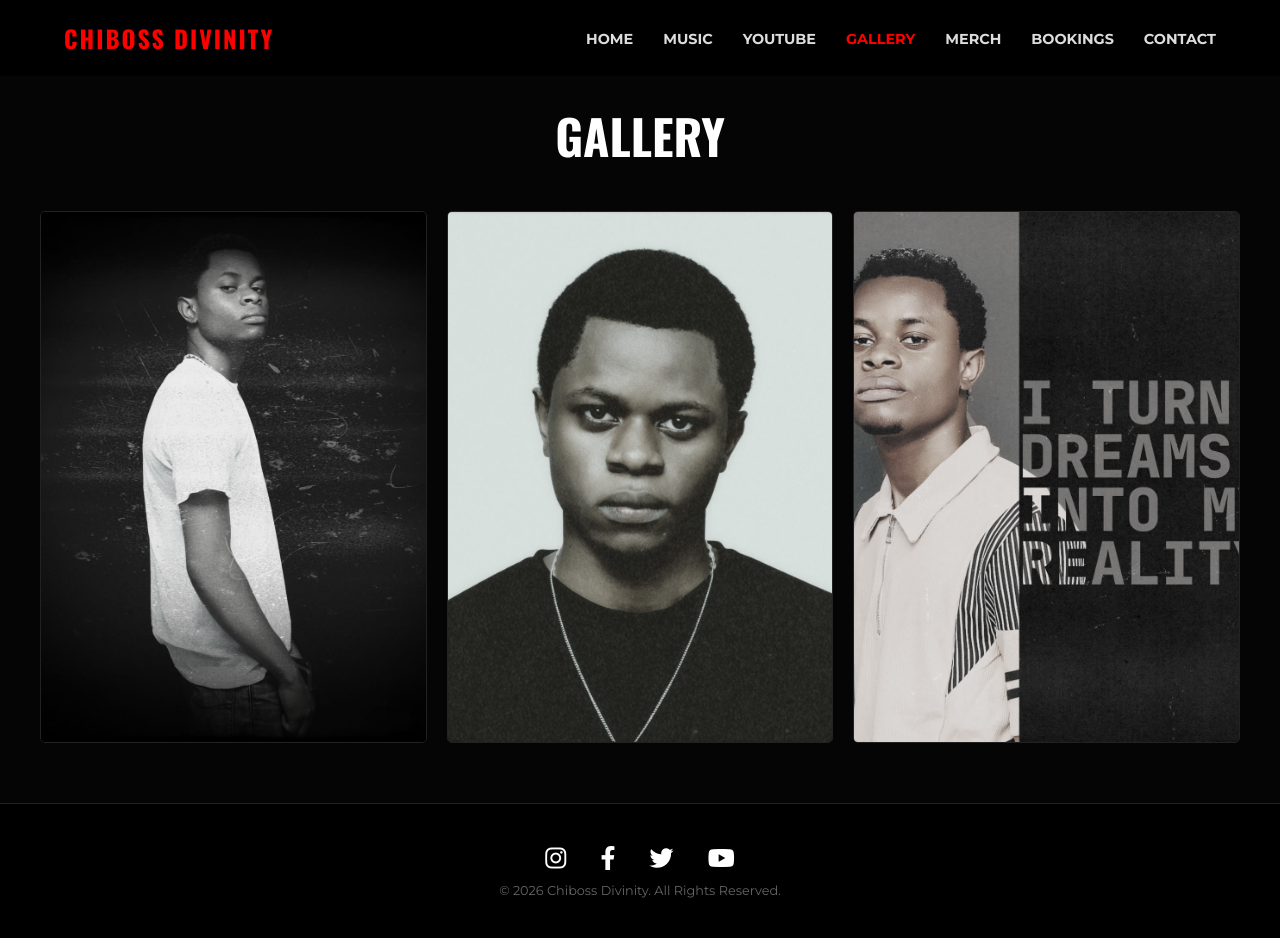
Repository: Ikebobo11/Chiboss-Divinity
Page: gallery.html
These files come from the project's save history. The page is drawn as it stood at one moment and after the next save; the edit follows.
The browser window is 1280 px wide. The pictures show the whole page.

Above is the page before, as saved 2026-01-10 09:16:40.

### gallery.html
<!DOCTYPE html>
<html lang="en">
<head>
    <meta charset="UTF-8">
    <meta name="viewport" content="width=device-width, initial-scale=1.0">
    <title>Gallery | Chiboss Divinity</title>
    <link rel="preconnect" href="https://fonts.googleapis.com">
    <link rel="preconnect" href="https://fonts.gstatic.com" crossorigin>
    <link href="https://fonts.googleapis.com/css2?family=Montserrat:wght@400;700&family=Oswald:wght@500;700&display=swap" rel="stylesheet">
    <link rel="stylesheet" href="https://cdnjs.cloudflare.com/ajax/libs/font-awesome/6.4.0/css/all.min.css">
    <link rel="stylesheet" href="gallery.css">
</head>
<body>
    <nav class="navbar">
        <div class="logo">CHIBOSS DIVINITY</div>
        <ul class="nav-links">
            <li><a href="index.html">Home</a></li>
            <li><a href="music.html">Music</a></li>
            <li><a href="youtube.html">YouTube</a></li>
            <li><a href="gallery.html" class="active">Gallery</a></li>
            <li><a href="merch.html">Merch</a></li>
            <li><a href="bookings.html">Bookings</a></li>
            <li><a href="contact.html">Contact</a></li>
        </ul>
        <div class="hamburger">
            <i class="fas fa-bars"></i>
        </div>
    </nav>

    <div class="mobile-menu">
        <span class="close-menu">&times;</span>
        <a href="index.html">Home</a>
        <a href="music.html">Music</a>
        <a href="youtube.html">YouTube</a>
        <a href="gallery.html">Gallery</a>
        <a href="merch.html">Merch</a>
        <a href="bookings.html">Bookings</a>
        <a href="contact.html">Contact</a>
    </div>

    <div class="container main-content">
        <h1 class="page-title">Gallery</h1>
        <div class="gallery-grid">
            <div class="gallery-item">
                <img src="./WhatsApp Image 2026-01-05 at 19.40.03.jpeg" alt="Chiboss Divinity Performance">
            </div>
            <div class="gallery-item">
                <img src="./WhatsApp Image 2026-01-05 at 19.40.02 (1).jpeg" alt="Chiboss Divinity Studio">
            </div>
            <div class="gallery-item">
                <img src="./WhatsApp Image 2026-01-05 at 19.40.03 (1).jpeg" alt="Chiboss Divinity Portrait">
            </div>
        </div>
    </div>

    <footer>
        <div class="social-icons">
            <a href="https://www.instagram.com/chibossdivinity?igsh=MTFiZmV3cW4wOTFmcQ=="><i class="fab fa-instagram"></i></a>
            <a href="https://www.facebook.com/Chibossdivinity"><i class="fab fa-facebook-f"></i></a>
            <a href="https://x.com/Chibossdivinity"><i class="fab fa-twitter"></i></a>
            <a href="#"><i class="fab fa-youtube"></i></a>
        </div>
        <p>&copy; 2026 Chiboss Divinity. All Rights Reserved.</p>
    </footer>

    <script src="gallery.js" defer></script>
</body>
</html>

### gallery.css
/* Reset & Global */
:root { --primary-color: #ff0000; --bg-color: #050505; --text-color: #ffffff; }
* { margin: 0; padding: 0; box-sizing: border-box; }
body { font-family: 'Montserrat', sans-serif; background-color: var(--bg-color); color: var(--text-color); display: flex; flex-direction: column; min-height: 100vh; }
a { text-decoration: none; color: inherit; transition: 0.3s; }

/* Navbar */
.navbar {
    position: fixed; top: 0; width: 100%; display: flex; justify-content: space-between; align-items: center; padding: 20px 5%;
    z-index: 1000; background: #000;
}
.logo { font-family: 'Oswald', sans-serif; font-size: 1.5rem; color: var(--primary-color); font-weight: 700; letter-spacing: 2px; }
.nav-links { list-style: none; display: flex; gap: 30px; }
.nav-links li a { font-size: 0.9rem; font-weight: 600; text-transform: uppercase; color: #ddd; }
.nav-links li a:hover, .nav-links li a.active { color: var(--primary-color); }
.hamburger { display: none; font-size: 1.5rem; cursor: pointer; color: #fff; }

/* Mobile Menu */
.mobile-menu {
    position: fixed; top: 0; right: -100%; width: 100%; height: 100vh; background-color: #000;
    display: flex; flex-direction: column; justify-content: center; align-items: center; gap: 30px;
    transition: 0.4s; z-index: 2000;
}
.mobile-menu.active { right: 0; }
.mobile-menu a { font-family: 'Oswald', sans-serif; font-size: 2rem; text-transform: uppercase; color: #fff; }
.mobile-menu a:hover { color: var(--primary-color); }
.close-menu { position: absolute; top: 20px; right: 30px; font-size: 3rem; cursor: pointer; color: #fff; }

/* Gallery Content */
.main-content { flex: 1; margin-top: 100px; padding: 0 20px 60px; text-align: center; }
.page-title { font-family: 'Oswald', sans-serif; font-size: 3rem; margin-bottom: 40px; text-transform: uppercase; }

.gallery-grid {
    display: grid;
    grid-template-columns: repeat(auto-fit, minmax(300px, 1fr));
    gap: 20px;
    max-width: 1200px;
    margin: 0 auto;
}

.gallery-item {
    overflow: hidden;
    border-radius: 5px;
    position: relative;
    border: 1px solid #222;
}

.gallery-item img {
    width: 100%;
    height: 100%;
    object-fit: cover;
    display: block;
    transition: transform 0.5s ease;
    filter: grayscale(80%);
}

.gallery-item:hover img {
    transform: scale(1.05);
    filter: grayscale(0%);
}

/* Footer */
footer { padding: 40px 20px; background-color: #000; text-align: center; border-top: 1px solid #222; }
.social-icons a { font-size: 1.5rem; margin: 0 15px; color: #fff; }
.social-icons a:hover { color: var(--primary-color); }
footer p { font-size: 0.8rem; color: #666; margin-top: 10px; }

@media (max-width: 768px) {
    .nav-links { display: none; }
    .hamburger { display: block; }
}

### gallery.js
document.addEventListener('DOMContentLoaded', () => {
    const hamburger = document.querySelector('.hamburger');
    const mobileMenu = document.querySelector('.mobile-menu');
    const closeMenu = document.querySelector('.close-menu');

    if (hamburger) {
        hamburger.addEventListener('click', () => {
            mobileMenu.classList.add('active');
        });
    }

    if (closeMenu) {
        closeMenu.addEventListener('click', () => {
            mobileMenu.classList.remove('active');
        });
    }
});

### index.html
<!DOCTYPE html>
<html lang="en">
<head>
    <meta charset="UTF-8">
    <meta name="viewport" content="width=device-width, initial-scale=1.0">
    <title>Home | Chiboss Divinity</title>
    <link rel="preconnect" href="https://fonts.googleapis.com">
    <link rel="preconnect" href="https://fonts.gstatic.com" crossorigin>
    <link href="https://fonts.googleapis.com/css2?family=Montserrat:wght@400;700&family=Oswald:wght@500;700&display=swap" rel="stylesheet">
    <link rel="stylesheet" href="https://cdnjs.cloudflare.com/ajax/libs/font-awesome/6.4.0/css/all.min.css">
    <link rel="stylesheet" href="index.css">
<link rel="stylesheet" href="/index.css">
</head>
<body>
    <!-- Navigation -->
    <nav class="navbar">
        <div class="logo">CHIBOSS DIVINITY</div>
        <ul class="nav-links">
            <li><a href="index.html" class="active">Home</a></li>
            <li><a href="music.html">Music</a></li>
            <li><a href="youtube.html">YouTube</a></li>
            <li><a href="gallery.html">Gallery</a></li>
            <li><a href="merch.html">Merch</a></li>
            <li><a href="bookings.html">Bookings</a></li>
            <li><a href="contact.html">Contact</a></li>
        </ul>
        <div class="hamburger">
            <i class="fas fa-bars"></i>
        </div>
    </nav>

    <!-- Mobile Menu -->
    <div class="mobile-menu">
        <span class="close-menu">&times;</span>
        <a href="index.html">Home</a>
        <a href="music.html">Music</a>
        <a href="youtube.html">YouTube</a>
        <a href="gallery.html">Gallery</a>
        <a href="merch.html">Merch</a>
        <a href="bookings.html">Bookings</a>
        <a href="contact.html">Contact</a>
    </div>

    <!-- Hero Section -->
    <header class="hero">
        <div class="hero-overlay"></div>
        <div class="hero-content">
            <h1 class="artist-name">CHIBOSS DIVINITY</h1>
            <p class="tagline">BOLD HIP-HOP / AFROBEAT ARTIST SPREADING HIS VOICE WORLDWIDE</p>
            <div class="cta-buttons">
                <a href="music.html" class="btn btn-primary">Listen Music</a>
                <a href="youtube.html" class="btn btn-secondary"><i class="fab fa-youtube"></i> Watch on YouTube</a>
                <a href="bookings.html" class="btn btn-outline">Bookings</a>
            </div>
        </div>
    </header>

    <!-- Footer -->
    <footer>
        <div class="social-icons">
            <a href="https://www.instagram.com/chibossdivinity?igsh=MTFiZmV3cW4wOTFmcQ=="><i class="fab fa-instagram"></i></a>
            <a href="https://www.facebook.com/Chibossdivinity"><i class="fab fa-facebook-f"></i></a>
            <a href="https://x.com/Chibossdivinity"><i class="fab fa-twitter"></i></a> <!-- X logo usually uses twitter icon or generic x in older FA versions, sticking to twitter for safety or X if available -->
            <a href="#"><i class="fab fa-youtube"></i></a>
        </div>
        <p>&copy; 2026 Chiboss Divinity. All Rights Reserved.</p>
    </footer>

    <script src="index.js" defer></script>

</body>
</html>

After the next save:
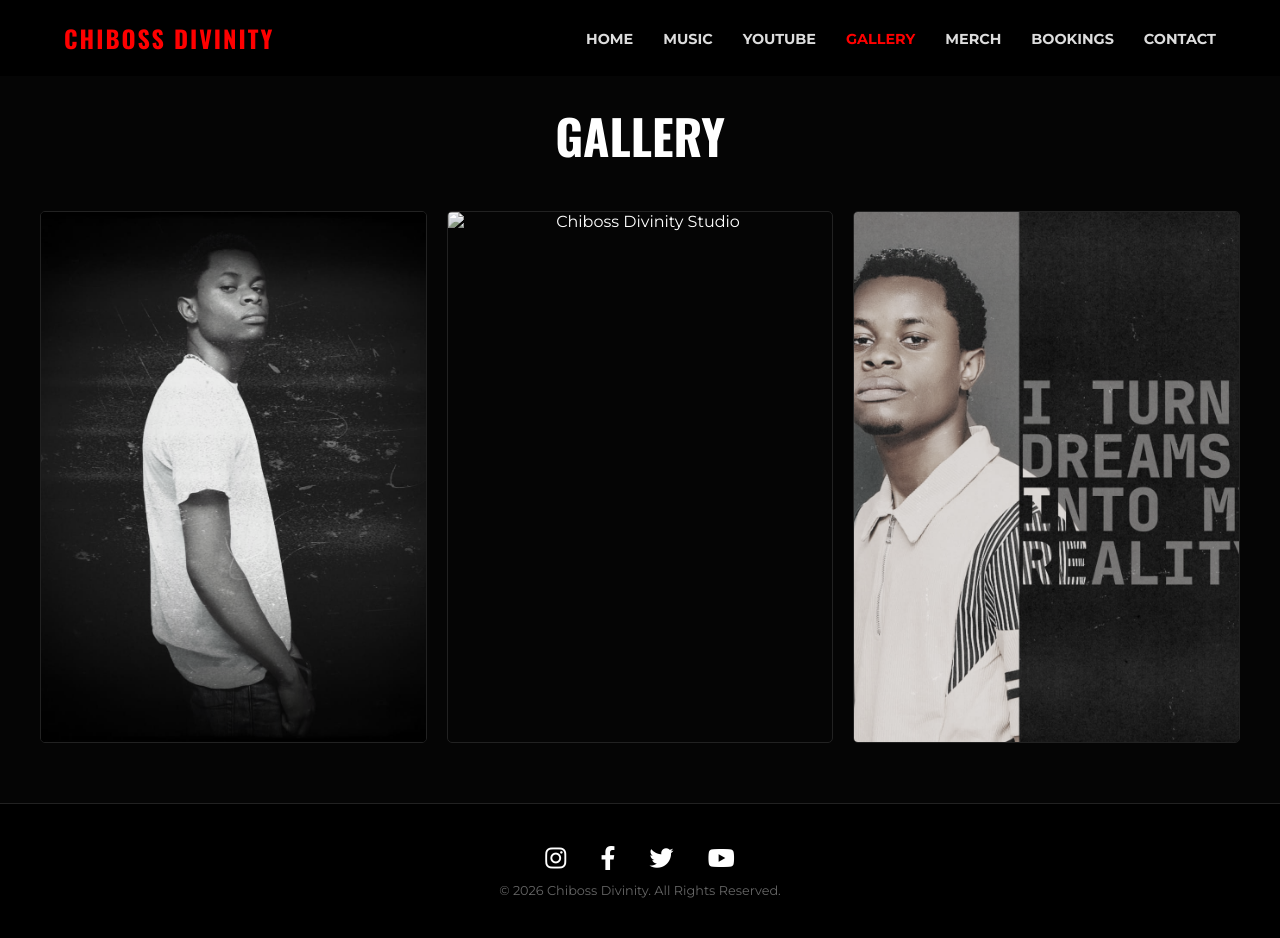
Saved 9 s later.
--- a/gallery.html
+++ b/gallery.html
@@ -45,7 +45,7 @@
                 <img src="./WhatsApp Image 2026-01-05 at 19.40.03.jpeg" alt="Chiboss Divinity Performance">
             </div>
             <div class="gallery-item">
-                <img src="./WhatsApp Image 2026-01-05 at 19.40.02 (1).jpeg" alt="Chiboss Divinity Studio">
+                <img src="./" alt="Chiboss Divinity Studio">
             </div>
             <div class="gallery-item">
                 <img src="./WhatsApp Image 2026-01-05 at 19.40.03 (1).jpeg" alt="Chiboss Divinity Portrait">
